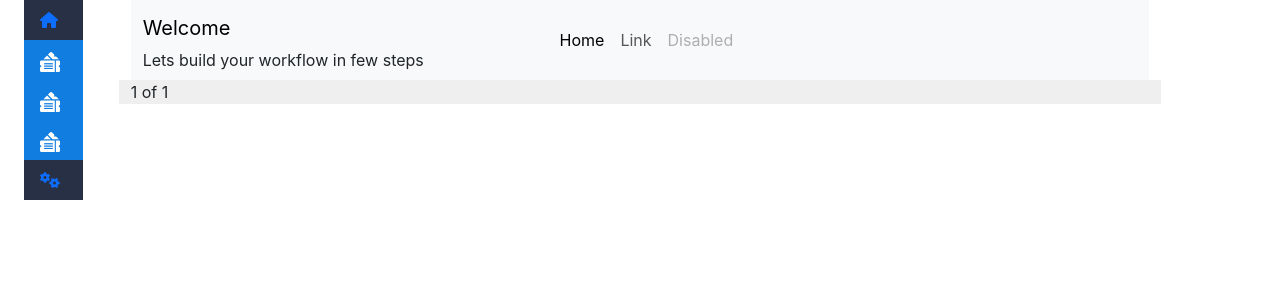
Repository: rishikarajeev/GL_HelpDesk
Page: /showtickets
The author's editor kept a copy of each file at every save. The page is drawn from the files as they stood at one save, then again after a run of saves.
The browser window is 1280 px wide. The pictures show the whole page.
The project was rebuilt for these pictures with package versions that can differ from the ones it lists, and the page was loaded fresh each time. Also part of the build but not shown: src/App.css, src/Pages/HomePage.jsx.

Above is the page before, as saved 2024-01-08 20:37:14.

After the next 2 saves:
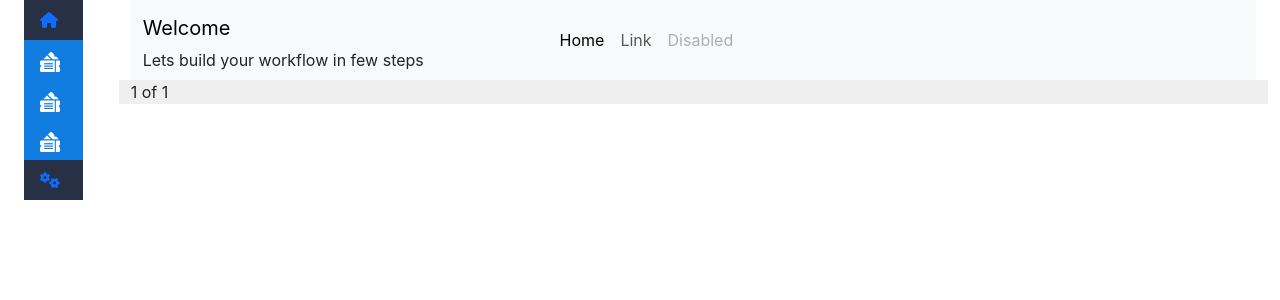
The 2 saves are shown as one change because they came seconds apart.
The last was saved 5 s later.
--- a/src/App.js
+++ b/src/App.js
@@ -15,7 +15,7 @@ function App() {
           <Col xl={1} >
             <SideBar />
             </Col>
-            <Col xl={10}>
+            <Col xl={11}>
             <Header/>
             <Routes>
               <Route path="/" element={<HomePage />}></Route>
